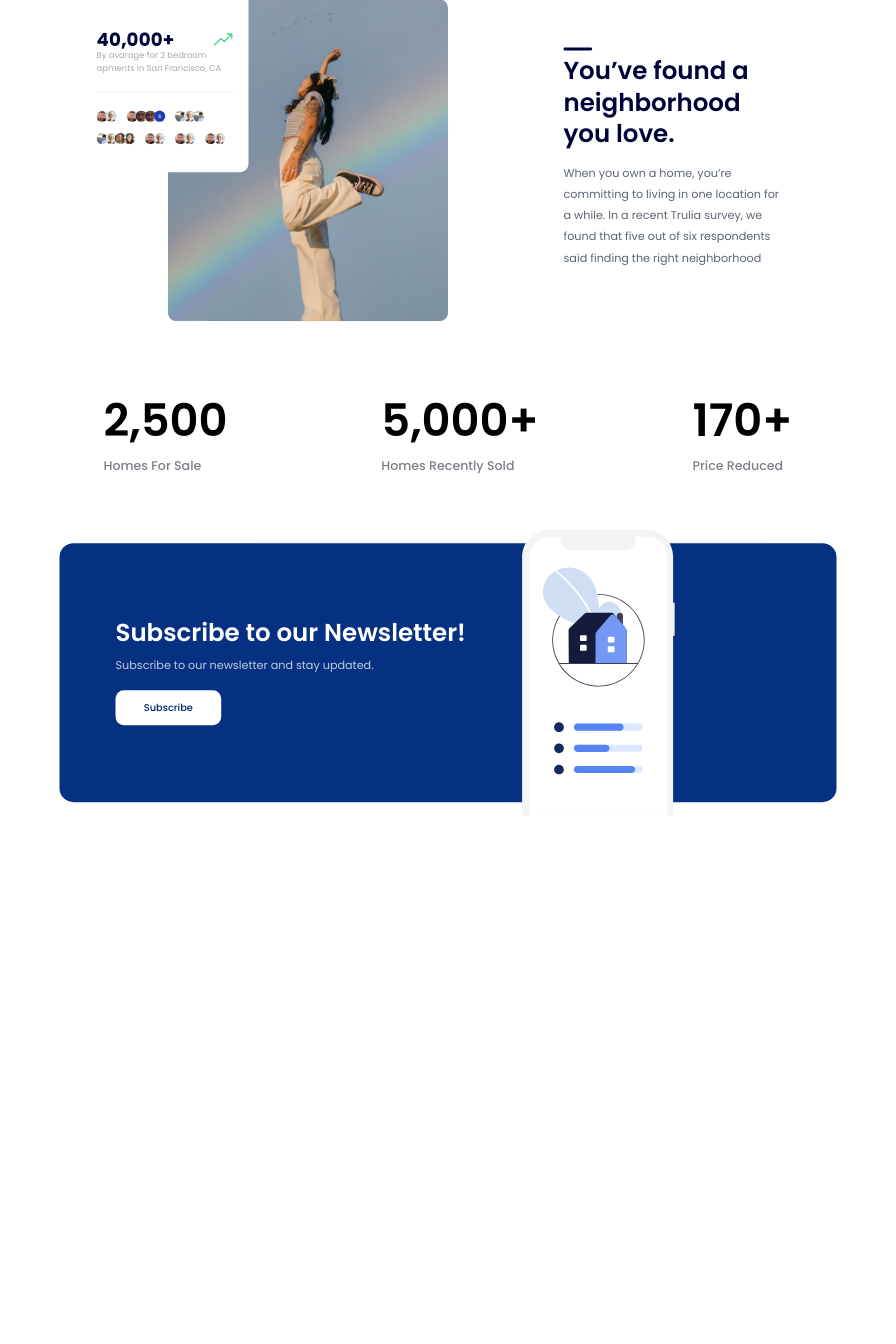
Repository: Tctiensk/f8-htmlcss-01
Page: index.html
An editor plug-in stored every save of this project. The page is shown before and after the next save, followed by the edit.
The browser window is 1280 px wide. The pictures show the part of the page from y = 2640 to 4560 px (the page is 5000 px tall), at 70% of full size.

Above is the page before, as saved 2022-12-12 14:50:47.

After the next save:
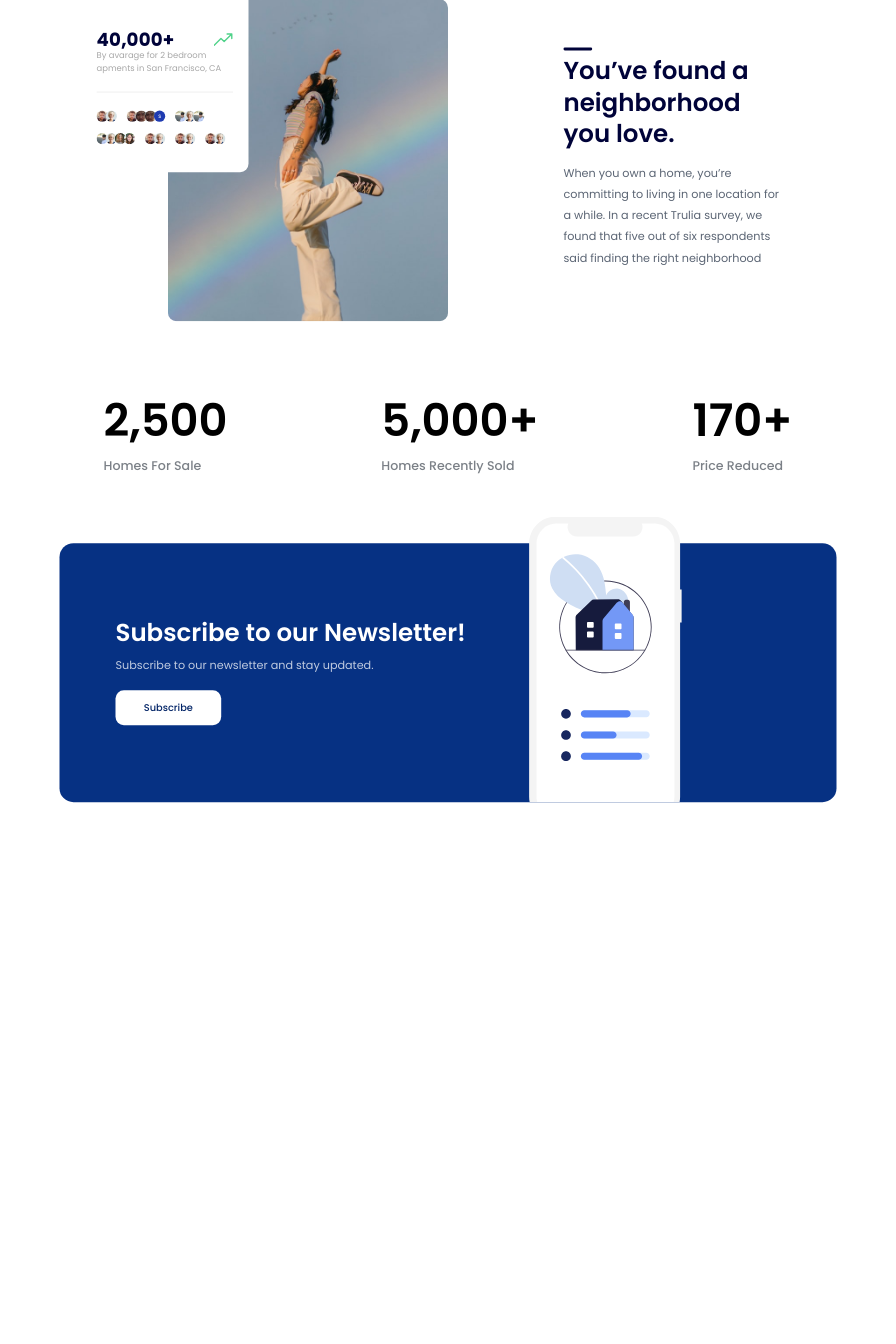
Saved 28 s later.
--- a/index.html
+++ b/index.html
@@ -473,7 +473,7 @@
                         <img
                             src="./assets/img/img-sub.svg"
                             alt="Subscribe to our Newsletter!"
-                            class="immage"
+                            class="image"
                         />
                     </div>
                 </div>
